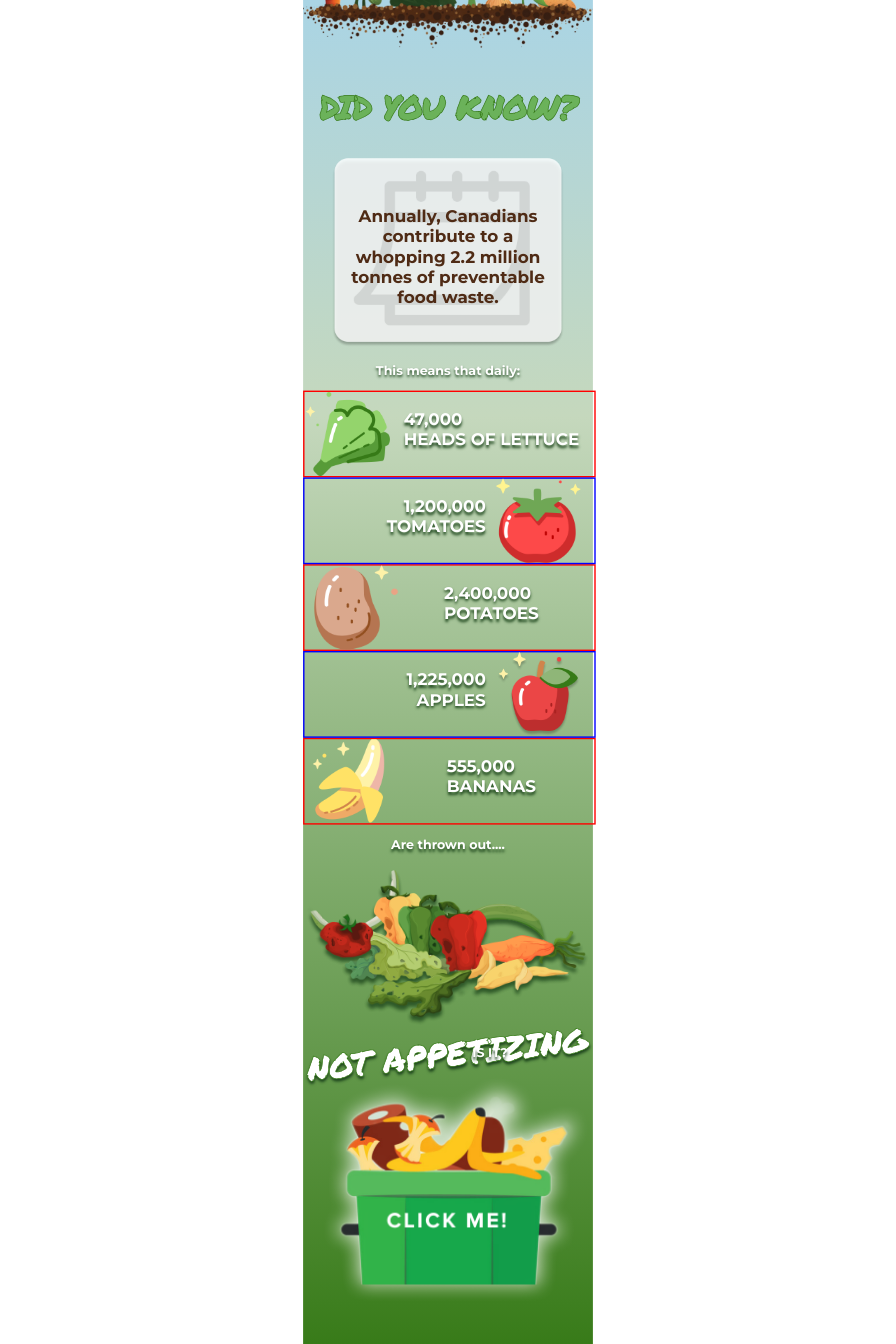
Repository: zoelake/DCDmidterm
Page: page1/index.html
The author's editor kept a copy of each file at every save. The page is drawn from the files as they stood at one save, then again after the next save.
The browser window is 1280 px wide. The pictures show the part of the page from y = 730 to 2650 px (the page is 2650 px tall), at 70% of full size.

Above is the page before, as saved 2021-03-05 20:47:57.

After the next save:
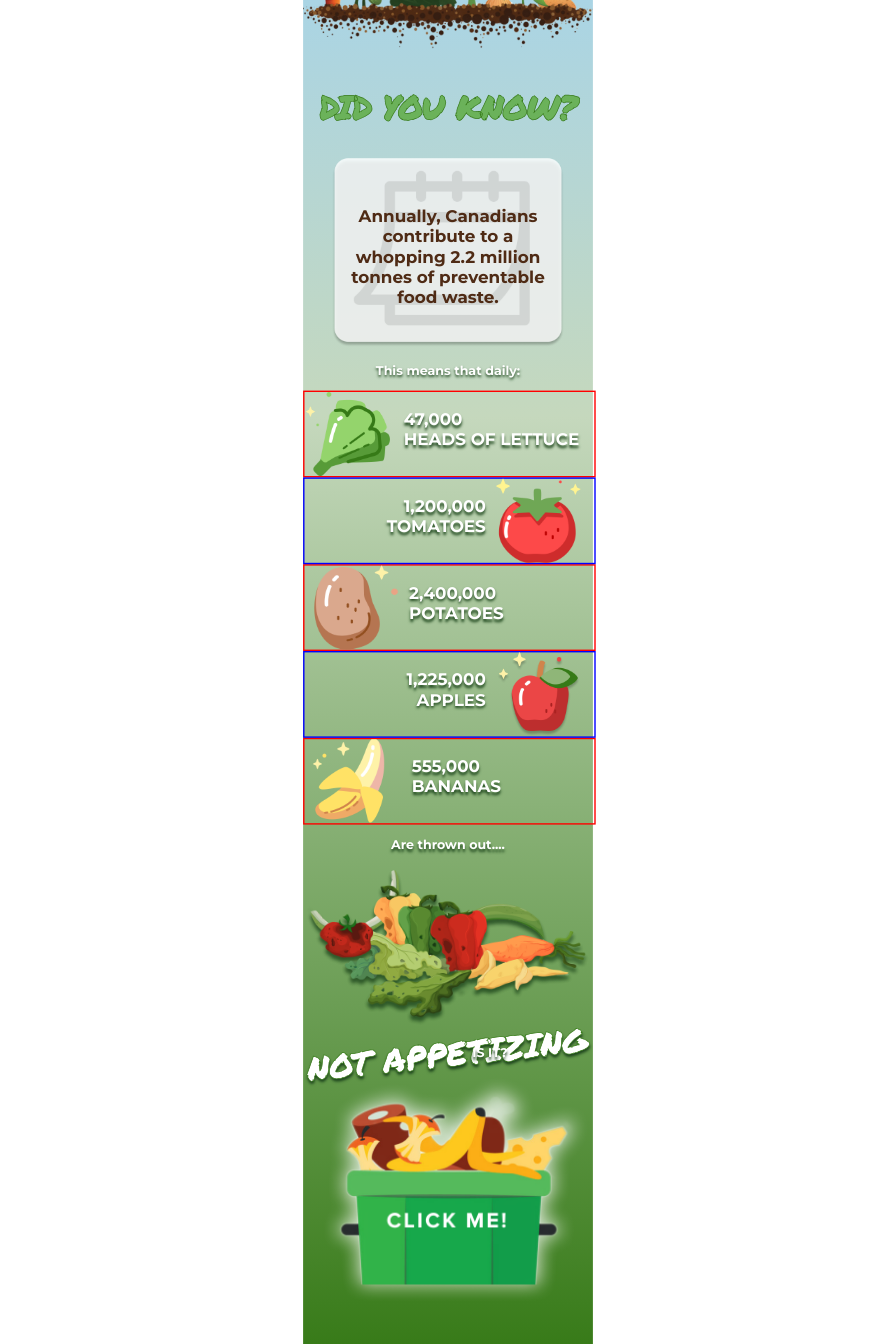
Saved 22 s later.
--- a/page1/style.css
+++ b/page1/style.css
@@ -111,6 +111,11 @@ p{
     left: 0;
 }
 
+.short-text{
+    position: relative;
+    left: -50px;
+}
+
 .text-right {
    position: relative;
    right: 35px;
